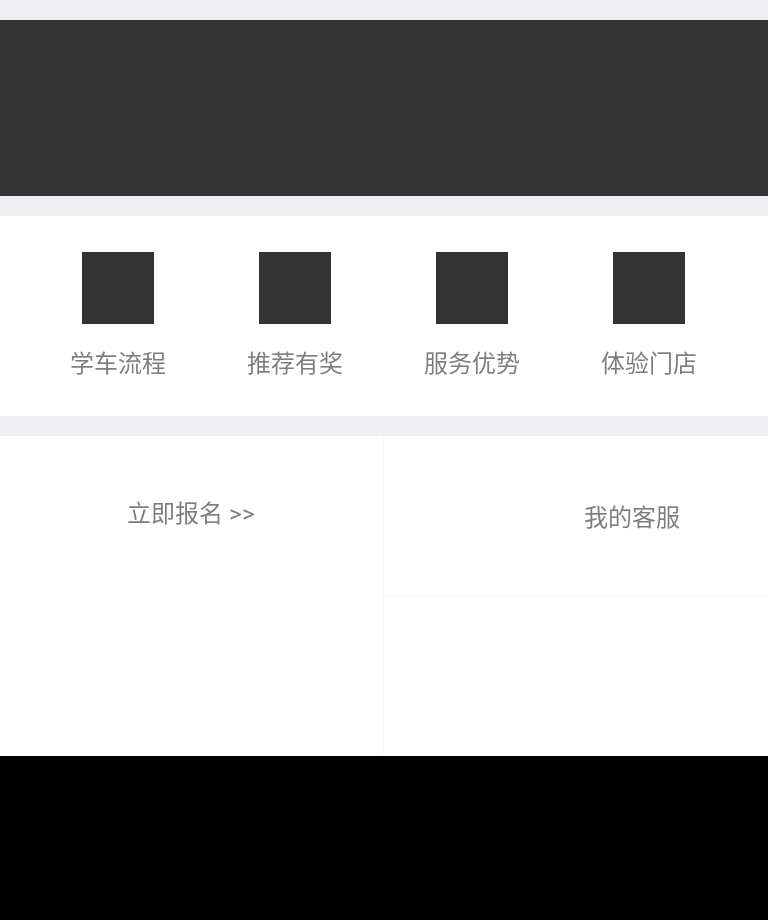
Repository: BugBang/paipaixueche
Layout: DGJP/res/layout/act_home_pager.xml
An editor plug-in stored every save of this project. The layout is shown before and after the next save, followed by the edit.
The pictures show rows 360 to 1280 of an output 1280 px tall.
It is drawn on a 768 x 1280 px phone screen (xhdpi) without system bars, with theme android:Theme; the app's code is not run.

Above is the layout before, as saved 2016-11-11 08:55:41.

### DGJP/res/layout/act_home_pager.xml
<?xml version="1.0" encoding="utf-8"?>
<ScrollView
     android:layout_width="match_parent"
   xmlns:android="http://schemas.android.com/apk/res/android"
    xmlns:app="http://schemas.android.com/apk/res-auto"
    android:layout_height="match_parent"
    >
<LinearLayout

    android:layout_width="match_parent"
    android:background="@color/gray_bg"
    android:layout_height="match_parent"
    android:orientation="vertical" >
    <RelativeLayout
        android:layout_width="match_parent"
	    android:layout_height="180dp">
       <!-- -->  <com.session.dgjp.view.CarouselView
	        android:id="@+id/top_ad_view"
	        android:layout_width="match_parent"
		    android:layout_height="180dp"
        />
        <RelativeLayout
            android:background="@android:color/transparent"
            android:orientation="horizontal"
            android:layout_width="match_parent"
            android:layout_height="@dimen/view_48"
            >
            <TextView
                android:id="@+id/tv_local"
                android:textColor="@color/white"
                android:layout_centerVertical="true"
                android:layout_marginLeft="@dimen/view_20"
                android:layout_width="wrap_content"
                android:layout_height="wrap_content"
                android:textSize="@dimen/text_medium_xx"
                android:text="@string/home_tv_local"
                />
            <TextView
                android:textColor="@color/white"
                android:layout_centerInParent="true"
                android:layout_width="wrap_content"
                android:layout_height="wrap_content"
                android:textSize="@dimen/text_title"
                android:text="@string/home_tv_title"
                />
            <TextView
                android:id="@+id/tv_call"
                android:textColor="@color/white"
                android:layout_centerVertical="true"
                android:layout_alignParentRight="true"
                android:layout_marginRight="@dimen/view_20"
                android:layout_width="wrap_content"
                android:layout_height="wrap_content"
                android:textSize="@dimen/text_medium_xx"
                android:text="@string/home_tv_call"
                />
        </RelativeLayout>
    </RelativeLayout>

    <ImageView
        android:layout_marginTop="@dimen/view_10"
        android:layout_width="match_parent"
        android:layout_height="@dimen/view_88"
        android:background="@color/black_333333"
        />

    <LinearLayout
        android:paddingLeft="@dimen/view_15"
        android:paddingRight="@dimen/view_15"
        android:orientation="horizontal"
        android:background="@color/white"
        android:layout_marginTop="@dimen/view_10"
        android:layout_width="match_parent"
        android:layout_height="@dimen/view_100"
        >
        <LinearLayout
            android:orientation="vertical"
            android:layout_width="0dp"
            android:layout_weight="1"
            android:gravity="center"
            android:layout_height="match_parent"
            >
            <ImageView
                android:layout_width="@dimen/view_36"
                android:layout_height="@dimen/view_36"
                android:background="@color/black_333333"
                />
            <TextView
                android:layout_marginTop="10dp"
                android:gravity="center"
                android:layout_width="match_parent"
                android:layout_height="wrap_content"
                android:text="学车流程"
                android:textSize="@dimen/text_medium_x"
                android:textColor="@color/text_gray_dark2"
                />

        </LinearLayout>
        <LinearLayout
            android:orientation="vertical"
            android:layout_width="0dp"
            android:layout_weight="1"
            android:gravity="center"
            android:layout_height="match_parent"
            >
            <ImageView
                android:layout_width="@dimen/view_36"
                android:layout_height="@dimen/view_36"
                android:background="@color/black_333333"
                />
            <TextView
                android:layout_marginTop="10dp"
                android:gravity="center"
                android:layout_width="match_parent"
                android:layout_height="wrap_content"
                android:text="推荐有奖"
                android:textSize="@dimen/text_medium_x"
                android:textColor="@color/text_gray_dark2"
                />
        </LinearLayout>
        <LinearLayout
            android:orientation="vertical"
            android:layout_width="0dp"
            android:layout_weight="1"
            android:gravity="center"
            android:layout_height="match_parent"
            >
            <ImageView
                android:layout_width="@dimen/view_36"
                android:layout_height="@dimen/view_36"
                android:background="@color/black_333333"
                />
            <TextView
                android:layout_marginTop="10dp"
                android:gravity="center"
                android:layout_width="match_parent"
                android:layout_height="wrap_content"
                android:text="服务优势"
                android:textSize="@dimen/text_medium_x"
                android:textColor="@color/text_gray_dark2"
                />

        </LinearLayout>
        <LinearLayout
            android:orientation="vertical"
            android:layout_width="0dp"
            android:gravity="center"
            android:layout_weight="1"
            android:layout_height="match_parent"
            >
            <ImageView
                android:layout_width="@dimen/view_36"
                android:layout_height="@dimen/view_36"
                android:background="@color/black_333333"
                />
            <TextView
                android:layout_marginTop="10dp"
                android:gravity="center"
                android:layout_width="match_parent"
                android:layout_height="wrap_content"
                android:text="体验门店"
                android:textSize="@dimen/text_medium_x"
                android:textColor="@color/text_gray_dark2"
                />
        </LinearLayout>


    </LinearLayout>

    <LinearLayout
        android:layout_marginTop="10dp"
        android:layout_width="match_parent"
        android:layout_height="160dp"
        android:orientation="horizontal"
        android:background="@color/white"
        >
        <LinearLayout
            android:gravity="center"
            android:layout_width="0dp"
            android:orientation="vertical"
            android:layout_weight="1"
            android:layout_height="match_parent"
            >
            <TextView
                android:layout_width="wrap_content"
                android:layout_height="wrap_content"
                android:text="立即报名 >>"
                android:textSize="@dimen/text_medium_x"
                android:textColor="@color/text_gray_dark2"
                />
            <ImageView
                android:layout_marginTop="10dp"
                android:layout_width="@dimen/view_74"
                android:layout_height="@dimen/view_74"
                />
        </LinearLayout>
        <View
            android:layout_height="match_parent"
            android:layout_width="0.5dp"
            android:background="@color/gray_F8F8F8"
            />

         <LinearLayout
             android:gravity="center"
            android:layout_width="0dp"
            android:orientation="vertical"
            android:layout_weight="1"
            android:layout_height="match_parent"
            >
            <LinearLayout
                android:orientation="horizontal"
                android:layout_width="match_parent"
                android:layout_height="0dp"
                android:layout_weight="1"
                android:gravity="center"
                >
                <ImageView
                    android:layout_width="@dimen/view_36"
                	android:layout_height="@dimen/view_40"
                    />
                <TextView
                    android:layout_marginLeft="20dp"
	                android:layout_width="wrap_content"
	                android:layout_height="wrap_content"
	                android:text="我的客服"
	                android:textSize="@dimen/text_medium_x"
	                android:textColor="@color/text_gray_dark2"
                />

            </LinearLayout>
            <View
	            android:layout_height="0.5dp"
	            android:layout_width="match_parent"
	            android:background="@color/gray_F8F8F8"
            />
            <LinearLayout
                android:orientation="horizontal"
                android:layout_width="match_parent"
                android:layout_height="0dp"
                android:layout_weight="1"
                >


            </LinearLayout>

        </LinearLayout>

    </LinearLayout>

</LinearLayout>
</ScrollView>

### DGJP/res/values/colors.xml
<?xml version="1.0" encoding="utf-8"?>
<resources>

    <color name="common_background">#EBEBEB</color>
    <color name="common_background_transparent">#AAEBEBEB</color>
    <color name="dialog_background">#EEEEEE</color>
    <color name="text_title">#555555</color>
    <color name="divider">#D2D2D2</color>
    <color name="blue">#1990DE</color>
    <color name="blue_00BFF3">#00BFF3</color>
    <color name="red">#FF3000</color>
    <color name="red_FF0808">#FF0808</color>
    <color name="red_pressed">#DD2222</color>
    <color name="pure_red">#FF0000</color>
    <color name="gray">#B8B8B8</color>
    <color name="blue_press">#0F7CC4</color>
    <color name="stroke_blue">#1990DE</color>
    <color name="white">#FFFFFF</color>
    <color name="bg_message_time">#F4F4F4</color>
    <color name="green_00A00B">#00A00B</color>
    <color name="gray_666666">#666666</color>
    <color name="gray_999999">#999999</color>
    <color name="gray_A8A8A8">#A8A8A8</color>
    <color name="gray_ADADAD">#ADADAD</color>
    <color name="gray_9B9B9B">#9B9B9B</color>
    <color name="gray_EFEFEF">#EFEFEF</color>
    <color name="gray_F3F3F3">#F3F3F3</color>
    <color name="gray_A3A3A3">#A3A3A3</color>
    <color name="orange_FF7200">#FF7200</color>
    <color name="orange_E56701">#E56701</color>
    <color name="gray_D7D7D7">#D7D7D7</color>
    <color name="gray_D2D2D2">#D2D2D2</color>
    <color name="gray_EDEDED">#EDEDED</color>
    <color name="yellow_FEB53F">#FEB53F</color>
    <color name="blue_68DAFC">#68DAFC</color>
    <color name="black_333333">#333333</color>
    <color name="gray_888888">#888888</color>
    <color name="gray_F4F4F4">#F4F4F4</color>
    <color name="gray_F2F2F2">#F2F2F2</color>
    <color name="gray_EEEEEE">#EEEEEE</color>
    <color name="gray_989898">#989898</color>
    <color name="gray_CCCCCC">#CCCCCC</color>
    <color name="gray_FAFAFA">#FAFAFA</color>
    <color name="gray_F8F8F8">#F8F8F8</color>
    <color name="gray_bg">#efeff4</color>

    <!-- 字体颜色 -->
    <color name="text_blue">@color/blue</color>
    <color name="text_blue_press">@color/blue_press</color>
    <color name="text_gray">#919191</color>
    <color name="text_white">@color/white</color>
    <color name="text_orange">#FF7200</color>
    <color name="text_hint">#B8B8B8</color>
    <color name="text_msg">#707070</color>
    <color name="text_black">#333333</color>
    <color name="text_gray_dark">#888888</color>
    <color name="text_gray_dark2">#7d7d7d</color>
    <color name="text_about_version">#9E9E9E</color>
    <color name="text_about_declare">#AAAAAA</color>
    <color name="text_id_blue">#0E6CEC</color>
    <color name="radio_text_normal">#606060</color>
    <color name="red_FC7D0D">#FC7D0D</color>

    <!-- 扫描二维码 -->
    <color name="result_view">#b0000000</color>
    <color name="viewfinder_mask">#60000000</color>
    <color name="possible_result_points">#00000000</color>

</resources>

### DGJP/res/values/dimens.xml
<?xml version="1.0" encoding="utf-8"?>
<resources>
    <!-- 界面 -->
    <dimen name="title_height">49dp</dimen>
    <dimen name="divider">1px</dimen>
    <dimen name="divider_minus">-1px</dimen>
    <dimen name="stroke">@dimen/view_1</dimen>
    <dimen name="btn_corner">3dp</dimen>
    <dimen name="dialog_corner">5dp</dimen>
    <dimen name="stroke_null">-1dp</dimen>
    <dimen name="msg_ring">18dp</dimen>
    <dimen name="about_logo">56dp</dimen>

    <!-- 常量 -->
    <dimen name="view_minus_1">-1dp</dimen>
    <dimen name="view_0">0dp</dimen>
    <dimen name="view_1">1dp</dimen>
    <dimen name="view_2">2dp</dimen>
    <dimen name="view_2_5">2.5dp</dimen>
    <dimen name="view_3">3dp</dimen>
    <dimen name="view_3_5">3.5dp</dimen>
    <dimen name="view_4">4dp</dimen>
    <dimen name="view_5">5dp</dimen>
    <dimen name="view_6">6dp</dimen>
    <dimen name="view_6_5">6.5dp</dimen>
    <dimen name="view_7">7dp</dimen>
    <dimen name="view_7_5">7.5dp</dimen>
    <dimen name="view_8">8dp</dimen>
    <dimen name="view_9">9dp</dimen>
    <dimen name="view_10">10dp</dimen>
    <dimen name="view_11">11dp</dimen>
    <dimen name="view_12">12dp</dimen>
    <dimen name="view_13">13dp</dimen>
    <dimen name="view_14">14dp</dimen>
    <dimen name="view_15">15dp</dimen>
    <dimen name="view_16">16dp</dimen>
    <dimen name="view_17">17dp</dimen>
    <dimen name="view_18">18dp</dimen>
    <dimen name="view_19">19dp</dimen>
    <dimen name="view_20">20dp</dimen>
    <dimen name="view_21">21dp</dimen>
    <dimen name="view_22">22dp</dimen>
    <dimen name="view_23">23dp</dimen>
    <dimen name="view_25">25dp</dimen>
    <dimen name="view_24">24dp</dimen>
    <dimen name="view_26">26dp</dimen>
    <dimen name="view_27">27dp</dimen>
    <dimen name="view_29">29dp</dimen>
    <dimen name="view_30">30dp</dimen>
    <dimen name="view_31">31dp</dimen>
    <dimen name="view_32">32dp</dimen>
    <dimen name="view_33">33dp</dimen>
    <dimen name="view_34">34dp</dimen>
    <dimen name="view_35">35dp</dimen>
    <dimen name="view_36">36dp</dimen>
    <dimen name="view_39">39dp</dimen>
    <dimen name="view_40">40dp</dimen>
    <dimen name="view_42">42dp</dimen>
    <dimen name="view_44">44dp</dimen>
    <dimen name="view_48">48dp</dimen>
    <dimen name="view_49">49dp</dimen>
    <dimen name="view_50">50dp</dimen>
    <dimen name="view_60">60dp</dimen>
    <dimen name="view_65">65dp</dimen>
    <dimen name="view_68">68dp</dimen>
    <dimen name="view_74">74dp</dimen>
    <dimen name="view_80">80dp</dimen>
    <dimen name="view_88">88dp</dimen>
    <dimen name="view_100">100dp</dimen>
    <dimen name="view_136">136dp</dimen>
    <dimen name="view_150">150dp</dimen>
    <dimen name="view_170">170dp</dimen>
    <dimen name="view_180">180dp</dimen>
    <dimen name="view_234">234dp</dimen>
    <dimen name="view_260">260dp</dimen>

    <!-- 引用常量的配置 -->
    <dimen name="login_logo_padding">@dimen/view_30</dimen>
    <dimen name="et_right">@dimen/view_0</dimen>
    <dimen name="et_corner">@dimen/view_1</dimen>
    <dimen name="pager_paddding">8.5dp</dimen>
    <dimen name="et_login_height">@dimen/view_50</dimen>
    <dimen name="et_paddding">@dimen/view_15</dimen>
    <dimen name="et_drawable_paddding">@dimen/view_5</dimen>
    <dimen name="btn_small">@dimen/view_30</dimen>
    <dimen name="btn_medium">36.5dp</dimen>
    <dimen name="login_et_margin_top">@dimen/view_30</dimen>
    <dimen name="about_menu_height">@dimen/view_50</dimen>
    <dimen name="about_person_info_height">@dimen/view_30</dimen>

    <!-- 字体 -->
    <!-- <dimen name="text_small">13sp</dimen>
    <dimen name="text_small_x">14sp</dimen> -->
    <dimen name="text_small">9sp</dimen>
    <dimen name="text_9_5">9.5sp</dimen>
    <dimen name="text_small_x">10sp</dimen>
    <dimen name="text_medium">11sp</dimen>
    <dimen name="text_medium_x">12sp</dimen>
    <dimen name="text_12_5">12.5sp</dimen>
    <dimen name="text_medium_xx">13sp</dimen>
    <dimen name="text_medium_xxx">14sp</dimen>
    <dimen name="text_large">15sp</dimen>
    <dimen name="text_title">16sp</dimen>
    <dimen name="text_btn">18sp</dimen>
    <dimen name="password_text">15sp</dimen>
</resources>

### DGJP/res/values/strings.xml
<?xml version="1.0" encoding="utf-8"?>
<resources>

    <!-- 通用 -->
    <string name="colon">：</string>
    <string name="confirm">确定</string>
    <string name="cancel">取消</string>
    <string name="default_error_msg">应用异常，请稍后重试</string>
    <string name="query_datas_fail">查询数据失败，请稍后重试</string>
    <string name="no_data">无记录</string>
    <string name="unknown">未知</string>
    <string name="querying">正在查询</string>
    <string name="submitting_request">正在提交请求</string>
    <string name="submit_fail">请求失败</string>
    <string name="operation_success">操作成功</string>
    <string name="back">返回</string>
    <string name="hint">提示</string>

    <!-- 密码 -->
    <string name="set_password_hint">请设置您的支付密码以便后续操作</string>
    <string name="set_password">设置支付密码</string>
    <string name="modify_password">修改支付密码</string>
    <string name="old_password">原密码</string>
    <string name="new_password">新密码</string>
    <string name="new_password_again">确认新密码</string>
    <string name="hint_old">请输入原密码</string>
    <string name="hint_new">请输入6位数字的新密码</string>
    <string name="hint_new_again">请再次输入新密码</string>
    <string name="id_card">身份证号码</string>
    <string name="id_card_hint">请输入身份证号码</string>
    <string name="verify_code">验证码</string>
    <string name="save">保存</string>

    <!-- 预约时间选择 -->
    <string name="select_date">选择日期</string>
    <string name="select_period">选择时段</string>
    <string name="app_name">拍拍学车</string>
    <string name="version_name">1.0.7</string>

    <!-- 扫描二维码 -->
    <string name="scan">扫描二维码</string>
    <string name="scan_text">将二维码放入框内，即可自动扫描</string>
    <string name="scan_result_abnormal">扫描结果异常</string>

    <!-- 登录 -->
    <string name="hint_input_phone">请输入手机号码</string>
    <string name="hint_input_captcha">请输入验证码</string>
    <string name="get_captcha">获取验证码</string>
    <string name="login">登录</string>
    <string name="register">注册</string>
    <string name="toast_input_phone">请输入手机号码</string>
    <string name="toast_input_right_phone">请输入正确的手机号码</string>
    <string name="toast_get_captcha">请先获取验证码</string>
    <string name="toast_input_captcha">请输入验证码</string>
    <string name="toast_input_right_captcha">请输入正确的验证码</string>

    <!-- 注册 -->
    <string name="name">请输入姓名</string>
    <string name="id_num">请输入身份证号码</string>
    <string name="region">请选择所在地区</string>
    <string name="branch_sch">请选择报名分校</string>

    <!-- 个人中心 -->
    <string name="logout">退出登录</string>
    <string name="about">关于</string>
    <string name="personal_center">个人中心</string>
    <string name="modify_pay_pwd">修改支付密码</string>
    <string name="reset_pay_pwd">重置支付密码</string>
    <string name="my_wallet">我的钱包</string>
    <string name="my_coupon">我的优惠券</string>
    <string name="personal_info">个人资料</string>
    <string name="version_update">版本更新</string>
    <string name="declare">声明：</string>
    <string name="id">身份证号码：</string>
    <string name="address">住址：</string>
    <string name="school_registration">报名分校：</string>
    <string name="time_registration">报名时间：</string>
    <string name="contact_phone">联系电话：</string>
    <string name="balance">当前余额：</string>
    <string name="balance2">余额：</string>
    <string name="yuan">元</string>
    <string name="rmb">￥</string>
    <string name="unusable_coupon">查看不可用券</string>

    <!-- 主页 -->
    <!-- 预约教练 -->
    <string name="order_times">预约次数</string>
    <string name="order">单</string>
    <string name="book">预约</string>
    <string name="search_by_trainer_name">按教练姓名查询</string>
    <string name="search_school_yard">搜索培训分校场地</string>
    <string name="service_phone">服务电话</string>
    <string name="phone">电话</string>
    <string name="_address">地址</string>
    <string name="vicinity">附近</string>
    <string name="school_no_trainer">该分校没有可预约教练</string>
    <string name="your_apply_school">您的报名分校</string>
    <string name="your_last_school">您上一次培训场地</string>
    <string name="my_location">我的位置</string>

    <!-- 地图 -->
    <string name="school_no_location">该分校没有提供位置信息</string>

    <!-- 我的预约 -->
    <string name="my_order">我的预约</string>
    <string name="training_record">培训记录</string>
    <string name="waiting_confirm">待确认</string>
    <string name="confirmed">已确认</string>
    <string name="in_training">培训中</string>
    <string name="cancel_order">取消订单</string>
    <string name="start_sign_in">开始签到</string>
    <string name="end_sign_in">结束签到</string>
    <string name="training_course">培训课程</string>
    <string name="order_time">预约时间</string>
    <string name="order_trainer">预约教练</string>
    <string name="order_status">订单状态</string>
    <string name="course">课程</string>
    <string name="time">时间</string>
    <string name="trainer">教练</string>
    <string name="status">状态</string>
    <string name="confirm_order">确认订单</string>
    <string name="pay">支付</string>
    <string name="operate_fail_update_app">操作失败，请更新应用</string>

    <!-- 历史订单 -->
    <string name="history_order">历史订单</string>
    <string name="finished">完成</string>
    <string name="evaled">查看评价</string>
    <string name="_eval">评价</string>
    <string name="training_car">培训车辆</string>

    <!-- 预约学车 -->
    <string name="period">学时</string>
    <string name="training_period">培训学时</string>
    <string name="training_address">培训地址</string>
    <string name="submit_order">提交订单</string>
    <string name="booking_driving_training">预约学车</string>
    <string name="car">车辆</string>
    <string name="select_car">选择车辆</string>
    <string name="get_cars_fail">获取车辆信息失败</string>
    <string name="fee">费用</string>
    <string name="training_fee">培训费用</string>
    <string name="actual_payment">实际支付</string>
    <string name="please_select_car">请选择车辆</string>
    <string name="please_select_period">请选择时段</string>
    <string name="period_must_be_consecutive">必须选择连续的预约时段</string>
    <string name="trainer_no_order">该教练暂无可预约时段</string>
    <string name="course_no_order">该科目未来7天内没有培训计划</string>
    <string name="_trainer_name">教练姓名</string>
    <string name="belong_school">所属分校</string>
    <string name="branch_school">分校</string>
    <string name="order_detail">订单详情</string>
    <string name="canceling_order">正在取消订单</string>
    <string name="cancel_fail">取消失败</string>

    <!-- 支付 -->
    <string name="order_payment">订单支付</string>
    <string name="pay_password">支付密码</string>
    <string name="please_input_pay_password">请输入支付密码。</string>
    <string name="payment_verification">支付验证</string>
    <string name="unselect_coupon">不使用优惠券</string>
    <string name="settlement_amount">结算金额</string>
    <string name="original_price">原价</string>
    <string name="_original_price">原&#8195;价</string>
    <string name="preferential_price">活动价</string>
    <string name="preferential_amount">已优惠</string>
    <string name="pay_type">支付方式</string>
    <string name="we_chat">微信</string>
    <string name="alipay">支付宝</string>
    <string name="query_pay_type_fail">查询支付方式失败</string>
    <string name="please_select_pay_type">请选择支付方式</string>
    <string name="paying">正在支付</string>
    <string name="pay_fail">支付失败</string>
    <string name="confirm_payment">确认支付</string>
    <string name="pay_fee">支付费用</string>
    <string name="remaining_time">剩余时间</string>
    <string name="please_select_yue">结算金额为0.00元，请使用余额支付。</string>
    <string name="balance_insufficient">余额不足</string>

    <!-- 我的消息 -->
    <string name="my_message">我的消息</string>
    <string name="get_message_fail">获取消息失败</string>
    <string name="delete_message_fail">删除消息失败</string>
    <string name="delete_record_or_not">是否删除该记录？</string>

    <string-array name="message_operations">
        <item>删除</item>
    </string-array>

    <!-- 培训点评 -->
    <string name="training_evaluation">培训点评</string>
    <string name="evaluation_detail">评价详情</string>
    <string name="training_complete">培训完成</string>
    <string name="anonymous_evaluation">匿名评价</string>
    <string name="duration">时长</string>
    <string name="submit_anonymous_evaluation">提交匿名评价</string>
    <string name="select_label">选择标签</string>
    <string name="suggestion_and_complaint_hint">其它建议和投诉（内容匿名，学员放心填写）</string>
    <string name="get_labels_fail">获取标签列表失败</string>
    <string name="submit_evaluation_or_not">是否提交评价？</string>

    <!-- 首页底部栏 -->
    <string name="bottom_home">首页</string>
    <string name="bottom_drive">练车</string>
    <string name="person_center">我</string>

     <!-- 首页顶部栏 -->
    <string name="home_tv_local">深圳</string>
    <string name="home_tv_title">拍拍学车</string>
    <string name="home_tv_call">客服</string>


</resources>

After the next save:
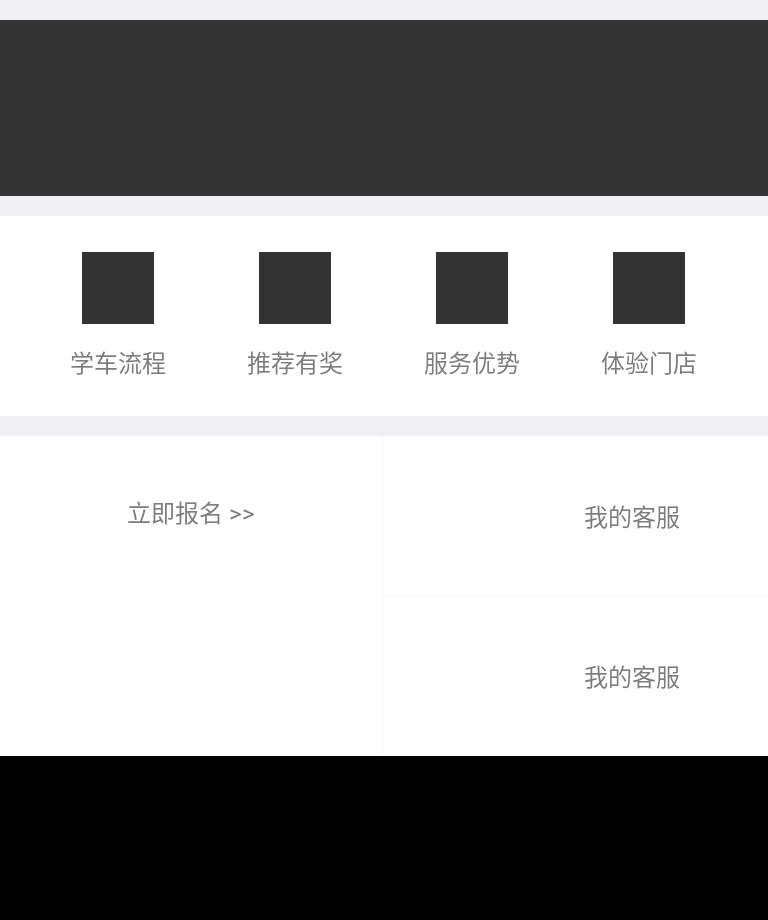
Saved 41 s later.
--- a/DGJP/res/layout/act_home_pager.xml
+++ b/DGJP/res/layout/act_home_pager.xml
@@ -238,7 +238,21 @@
                 android:layout_width="match_parent"
                 android:layout_height="0dp"
                 android:layout_weight="1"
+                android:gravity="center"
                 >
+
+                 <ImageView
+                    android:layout_width="@dimen/view_36"
+                	android:layout_height="@dimen/view_40"
+                    />
+                <TextView
+                    android:layout_marginLeft="20dp"
+	                android:layout_width="wrap_content"
+	                android:layout_height="wrap_content"
+	                android:text="我的客服"
+	                android:textSize="@dimen/text_medium_x"
+	                android:textColor="@color/text_gray_dark2"
+                />
 
 
             </LinearLayout>
